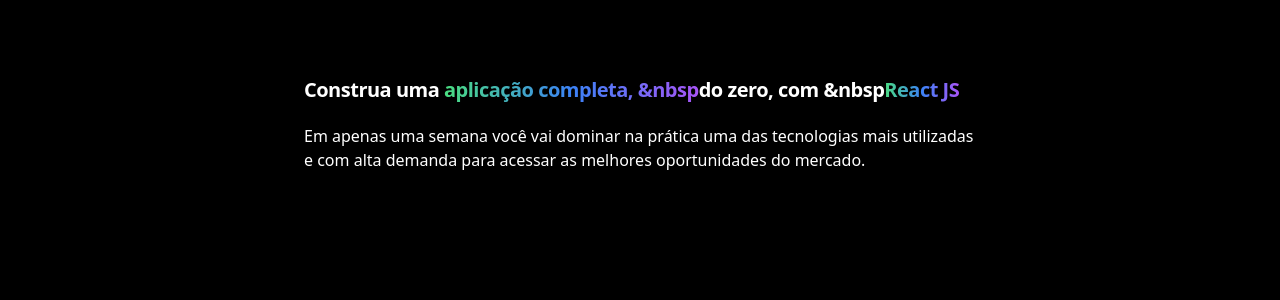
Repository: LuisSempre/Ignite-Lab---ReactJs-2022
Page: /
These files come from the project's save history. The page is drawn as it stood at one moment and after the next save; the edit follows.
The browser window is 1280 px wide. The pictures show the whole page.
The project was rebuilt for these pictures with package versions that can differ from the ones it lists, and the page was loaded fresh each time. Also part of the build but not shown: vite.config.ts, components/Header.tsx, components/Lesson.tsx, components/Sidebar.tsx, pages/Event.tsx. Imported but missing from the stored project, and not drawn on this page: components/Video.

Above is the page before, as saved 2022-06-24 23:37:52.

### index.html
<!DOCTYPE html>
<html lang="en">
  <head>
    <meta charset="UTF-8" />
    <link rel="icon" type="image/svg+xml" href="/src/icon.png" />
    <meta name="viewport" content="width=device-width, initial-scale=1.0" />
    <title>Vite App</title>
  </head>
  <body>
    <div id="root"></div>
    <script type="module" src="/src/main.tsx"></script>
  </body>
</html>

### src/main.tsx
import React from 'react'
import ReactDOM from 'react-dom/client'
import App from './App'
import './index.css'

ReactDOM.createRoot(document.getElementById('root')!).render(
  <React.StrictMode>
      <App />
  </React.StrictMode>
)

### src/App.tsx
import { ApolloProvider, gql, useQuery } from "@apollo/client"
import { Router } from "../Router"
import { client } from '../lib/apollo'
import { BrowserRouter } from "react-router-dom"

function App() {
  return (
    <ApolloProvider client={client}>
      <BrowserRouter>
        <Router />
      </BrowserRouter>
    </ApolloProvider>
  )
}

export default App

### Router.tsx
import { Route, Routes } from "react-router-dom";
import { Event } from './pages/Event'
import { Subscribe } from './pages/Subscribe'
export function Router() {
    return(
      <Routes>
           <Route path="/" element={<Subscribe />}/>
           <Route path="/event" element={<Event />}/>
           <Route path="/event/lesson/:slug" element={<Event />}/>
      </Routes>
    )
}

### lib/apollo.ts
import { ApolloClient, InMemoryCache } from "@apollo/client";

export const client = new ApolloClient({
  uri: 'https://api-sa-east-1.graphcms.com/v2/cl4n4k5w68h3x01yra00r5rzf/master',
  cache: new InMemoryCache(),
})

### pages/Subscribe.tsx
export function Subscribe() {

    return (
        <div className='flex flex-col items-center min-h-screen'>
            <div className="flex items-center justify-between max-w-6xl mx-auto mt-20">
                <div className="max-w-2xl">
                    <h1 className="mb-6 text-xl font-extrabold leading-none tracking-normal md:tracking-tight">
                        Construa uma&nbsp;
                         <span className="block w-full text-transparent bg-clip-text bg-gradient-to-r from-green-400 via-blue-500 to-purple-500 lg:inline">
                            aplicação completa, &nbsp
                        </span>
                        do zero, com &nbsp
                         <span className="block w-full text-transparent bg-clip-text bg-gradient-to-r from-green-400 via-blue-500 to-purple-500 lg:inline">
                             React JS
                        </span>
                    </h1>
                    <p>
                        Em apenas uma semana você vai dominar na prática uma das tecnologias mais utilizadas e com alta demanda para acessar as melhores oportunidades do mercado.
                    </p>
                </div>
            </div>
        </div>
    )
}

Loaded but not shown: src/index.css (common file); tailwind.config.js (common file)

After the next save:
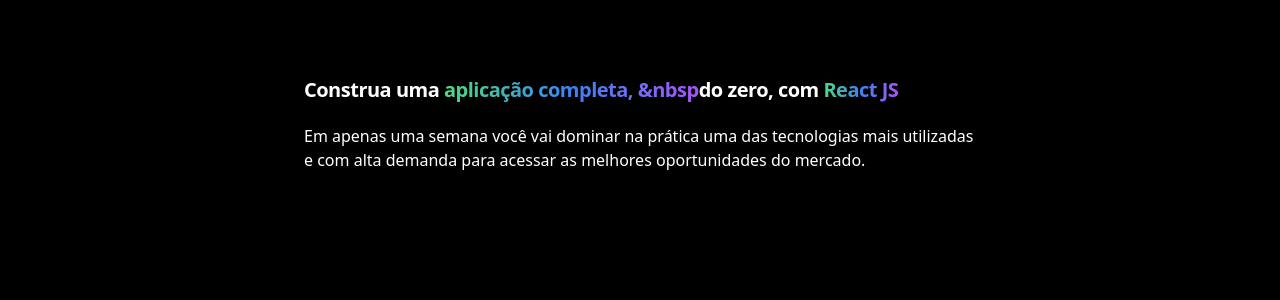
Saved 7 s later.
--- a/pages/Subscribe.tsx
+++ b/pages/Subscribe.tsx
@@ -9,7 +9,7 @@
                          <span className="block w-full text-transparent bg-clip-text bg-gradient-to-r from-green-400 via-blue-500 to-purple-500 lg:inline">
                             aplicação completa, &nbsp
                         </span>
-                        do zero, com &nbsp
+                        do zero, com&nbsp;
                          <span className="block w-full text-transparent bg-clip-text bg-gradient-to-r from-green-400 via-blue-500 to-purple-500 lg:inline">
                              React JS
                         </span>
